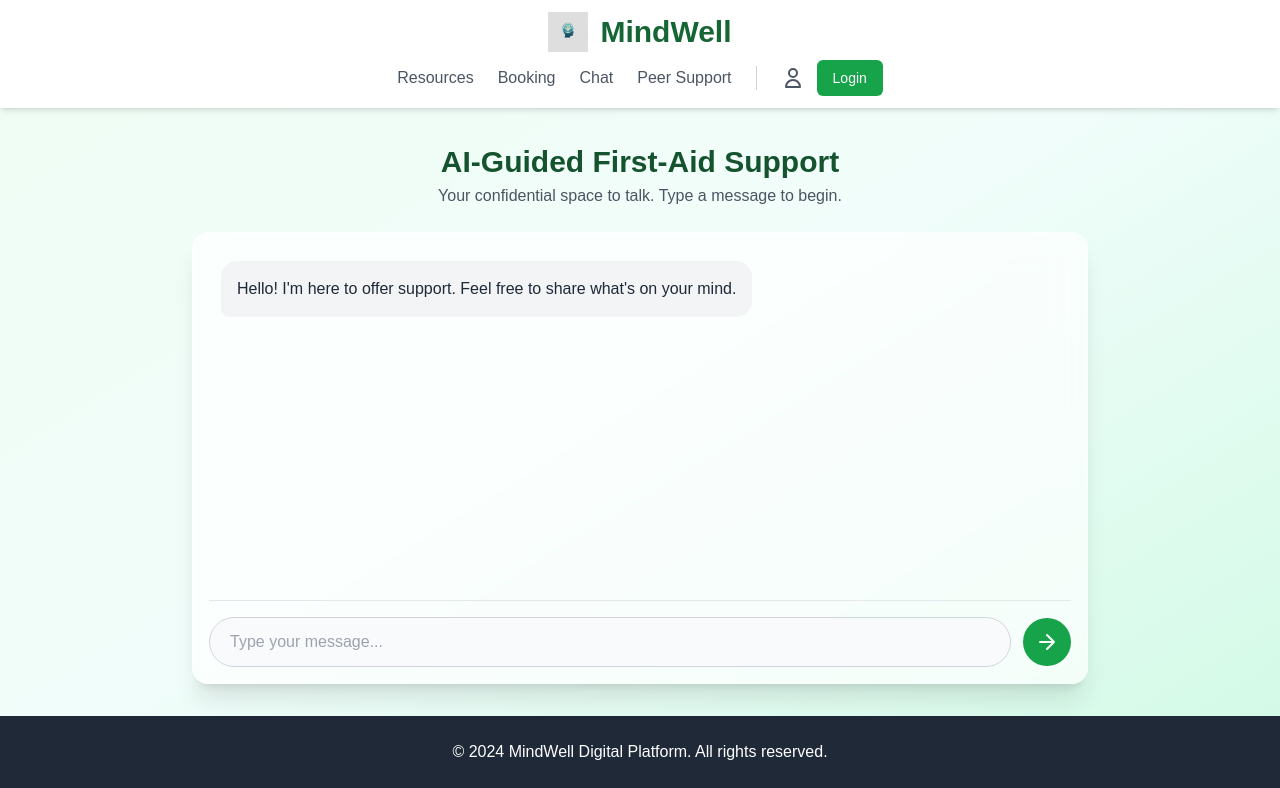
Repository: alokse24b01025/mentalhealth-project-sih-
Page: /chat (app in p1/)
An editor plug-in stored every save of this project. The page is shown before and after the next save, followed by the edit.
The browser window is 1280 px wide. The pictures show the whole page.
The project was rebuilt for these pictures with package versions that can differ from the ones it lists, and the page was loaded fresh each time. Also part of the build but not shown: p1/vite.config.js, p1/src/pages/HomePage.jsx, p1/src/components/ResourceCard.jsx, p1/src/data/mockResources.js, p1/src/pages/ResourcesPage.jsx, p1/src/components/CounselorCard.jsx, p1/src/data/mockCounselors.js, p1/src/pages/BookingPage.jsx and 4 more. Imported but missing from the stored project, and not drawn on this page: p1/src/components-Footer.

Above is the page before, as saved 2025-09-10 11:30:01.

### p1/index.html
<!doctype html>
<html lang="en">
  <head>
    <meta charset="UTF-8" />
    <link rel="icon" type="image/svg+xml" href="/logo.png" />
    <meta name="viewport" content="width=device-width, initial-scale=1.0" />
    <title>MINDwell</title>
  </head>
  <body>
    <div id="root"></div>
    <script type="module" src="/src/main.jsx"></script>
  </body>
</html>

### p1/src/App.jsx
import React from 'react';
import { BrowserRouter as Router, Routes, Route } from 'react-router-dom';
import { AuthProvider } from './AuthContext'; // Import the provider

// Import your pages
import HomePage from './pages/HomePage';
import ChatPage from './pages/ChatPage';
import ResourcesPage from './pages/ResourcesPage';
import BookingPage from './pages/BookingPage';
import PeerSupportPage from './pages/PeerSupportPage';
import AdminDashboard from './pages/AdminDashboard';
import LoginPage from './pages/LoginPage'; // Import the new login page
import './index.css';

function App() {
  return (
    <AuthProvider> {/* Wrap everything in AuthProvider */}
      <Router>
        <Routes>
          <Route path="/" element={<HomePage />} />
          <Route path="/chat" element={<ChatPage />} />
          <Route path="/resources" element={<ResourcesPage />} />
          <Route path="/booking" element={<BookingPage />} />
          <Route path="/peer-support" element={<PeerSupportPage />} />
         <Route path="/admin" element={<AdminDashboard />} />
          <Route path="/login" element={<LoginPage />} /> {/* Add the login route */}
        </Routes>
      </Router>
    </AuthProvider>
  );
}

export default App;

### p1/src/index.css
@tailwind base;
@tailwind components;
@tailwind utilities;

body {
  font-family: Arial, sans-serif;
  -webkit-font-smoothing: antialiased;
  -moz-osx-font-smoothing: grayscale;
}

### p1/src/AuthContext.jsx
import React, { useContext, useState, useEffect } from 'react';
import { auth } from './firebase';
import {
  onAuthStateChanged,
  signOut,
  signInWithEmailAndPassword
} from "firebase/auth";

const AuthContext = React.createContext();

// This is the function that was likely missing the 'export' keyword
export function useAuth() {
  return useContext(AuthContext);
}

export function AuthProvider({ children }) {
  const [currentUser, setCurrentUser] = useState(null);
  const [loading, setLoading] = useState(true);

  function login(email, password) {
    return signInWithEmailAndPassword(auth, email, password);
  }

  function logout() {
    return signOut(auth);
  }

  useEffect(() => {
    const unsubscribe = onAuthStateChanged(auth, user => {
      setCurrentUser(user);
      setLoading(false);
    });

    return unsubscribe;
  }, []);

  const value = {
    currentUser,
    login,
    logout
  };

  return (
    <AuthContext.Provider value={value}>
      {!loading && children}
    </AuthContext.Provider>
  );
}

### p1/src/pages/ChatPage.jsx
import React from 'react';
import Header from '../components/Header';
import Footer from '../components/Footer';
import Chatbot from '../components/Chatbot';

const ChatPage = () => {
  return (
    <div className="min-h-screen flex flex-col bg-gradient-to-br from-green-50 via-teal-50 to-emerald-100">
      <Header />

      {/* --- CHANGE IS HERE --- */}
      <main className="flex-1 w-full flex flex-col justify-center items-center p-4 pt-36">

        {/* We give the container a fixed height and stop it from flexing */}
        <div className="w-full max-w-4xl h-[75vh] flex flex-col mb-4">

          <div className="text-center mb-6">
            <h2 className="text-3xl font-bold text-green-900">AI-Guided First-Aid Support</h2>
            <p className="mt-1 text-gray-600">Your confidential space to talk. Type a message to begin.</p>
          </div>

          <Chatbot />

        </div>
      </main>

      <Footer />
    </div>
  );
};

export default ChatPage;

### p1/src/firebase.js
import { initializeApp } from "firebase/app";
import { getAuth } from "firebase/auth";

// IMPORTANT: Replace this with the firebaseConfig object you copied from the Firebase console
const firebaseConfig = {
  apiKey: "YOUR_API_KEY",
  authDomain: "YOUR_AUTH_DOMAIN",
  projectId: "YOUR_PROJECT_ID",
  storageBucket: "YOUR_STORAGE_BUCKET",
  messagingSenderId: "YOUR_MESSAGING_SENDER_ID",
  appId: "YOUR_APP_ID"
};

// Initialize Firebase
const app = initializeApp(firebaseConfig);

// Export the auth instance to be used in other parts of the app
export const auth = getAuth(app);

### p1/src/components/Header.jsx
import React, { useState } from 'react';
import { Link } from 'react-router-dom';
import logo from '../assets/logo.png';
import { useAuth } from '../AuthContext';

const Header = () => {
  const { currentUser, logout } = useAuth();
  const [isLoggingOut, setIsLoggingOut] = useState(false);

  const handleLogout = async () => {
    setIsLoggingOut(true);
    try {
      await logout();
    } catch (error) {
      console.error("Failed to log out:", error);
    } finally {
      setIsLoggingOut(false);
    }
  };

  const profileIcon = (
    <svg xmlns="http://www.w3.org/2000/svg" className="h-6 w-6" fill="none" viewBox="0 0 24 24" stroke="currentColor" strokeWidth={2}>
      <path strokeLinecap="round" strokeLinejoin="round" d="M16 7a4 4 0 11-8 0 4 4 0 018 0zM12 14a7 7 0 00-7 7h14a7 7 0 00-7-7z" />
    </svg>
  );

  return (
    <header className="bg-white shadow-md fixed top-0 w-full z-50 py-3 flex flex-col items-center">

      {/* Top Row: Centered Logo and Name */}
      <div className="mb-2">
        <Link to="/" className="flex items-center justify-center gap-x-3">
          <img src={logo} alt="MindWell Logo" className="h-10 w-auto" />
          <h1 className="text-3xl font-bold text-green-800 hidden md:block">MindWell</h1>
        </Link>
      </div>

      {/* Bottom Row: Navigation Links */}
      <nav className="flex items-center justify-center flex-wrap gap-x-6 gap-y-2 px-4">
        <Link to="/resources" className="text-gray-600 hover:text-green-600 transition-colors">Resources</Link>
        <Link to="/booking" className="text-gray-600 hover:text-green-600 transition-colors">Booking</Link>
        <Link to="/chat" className="text-gray-600 hover:text-green-600 transition-colors">Chat</Link>
        <Link to="/peer-support" className="text-gray-600 hover:text-green-600 transition-colors">Peer Support</Link>

        <div className="border-l border-gray-300 h-6"></div>

        {currentUser ? (
          <div className="flex items-center space-x-3">
            <span className="text-gray-600">{profileIcon}</span>
            <button
              onClick={handleLogout}
              disabled={isLoggingOut}
              className={`text-white px-4 py-2 text-sm rounded-md transition-colors ${
                isLoggingOut
                  ? 'bg-red-300 cursor-not-allowed'
                  : 'bg-red-500 hover:bg-red-600'
              }`}
            >
              {isLoggingOut ? '...' : 'Logout'}
            </button>
          </div>
        ) : (
          <div className="flex items-center space-x-3">
            <Link to="/login" className="text-gray-600 hover:text-green-600">
              {profileIcon}
            </Link>
            <Link
              to="/login"
              className="bg-green-600 text-white px-4 py-2 text-sm rounded-md hover:bg-green-700 transition-colors"
            >
              Login
            </Link>
          </div>
        )}
      </nav>
    </header>
  );
};

export default Header;

### p1/src/components/Footer.jsx
import React from 'react';

const Footer = () => {
  return (
    <footer className="bg-gray-800 text-white p-6 text-center">
      <p>&copy; 2024 MindWell Digital Platform. All rights reserved.</p>
    </footer>
  );
};
export default Footer;

### p1/src/components/Chatbot.jsx
import React, { useState, useRef, useEffect } from 'react';

const Chatbot = () => {
  const [messages, setMessages] = useState([
    { text: "Hello! I'm here to offer support. Feel free to share what's on your mind.", sender: 'bot' }
  ]);
  const [input, setInput] = useState('');
  const [isLoading, setIsLoading] = useState(false);
  const messagesEndRef = useRef(null);

  const scrollToBottom = () => {
    messagesEndRef.current?.scrollIntoView({ behavior: "smooth" });
  };

  useEffect(scrollToBottom, [messages]);

  const handleSend = async () => {
    if (input.trim() === '') return;

    const userMessage = { text: input, sender: 'user' };
    setMessages(prev => [...prev, userMessage]);
    const currentInput = input;
    setInput('');
    setIsLoading(true);

    try {
      const response = await fetch('http://localhost:5000/api/chat', {
        method: 'POST',
        headers: {
          'Content-Type': 'application/json',
        },
        body: JSON.stringify({ message: currentInput }),
      });

      if (!response.ok) {
        throw new Error(`HTTP error! status: ${response.status}`);
      }

      const data = await response.json();
      const botMessage = { text: data.reply, sender: 'bot' };
      setMessages(prev => [...prev, botMessage]);
    } catch (error) {
      console.error("Failed to fetch from AI:", error);
      setMessages(prev => [...prev, { text: "Sorry, I'm having trouble connecting right now. Please try again later.", sender: 'bot' }]);
    } finally {
      setIsLoading(false);
    }
  };

  return (
    // --- CHANGE IS HERE ---
    // This container now grows to fill the space from its parent
    <div className="flex-1 flex flex-col bg-white/70 backdrop-blur-lg border border-white/20 shadow-xl rounded-2xl p-4 min-h-0">

      {/* This message area is now the ONLY scrollable part */}
      <div className="flex-1 overflow-y-auto mb-4 p-3 space-y-4">
        {messages.map((msg, index) => (
          <div key={index} className={`flex items-end max-w-[85%] ${msg.sender === 'user' ? 'self-end ml-auto' : 'self-start'}`}>
            <div className={`p-4 rounded-2xl ${
              msg.sender === 'user'
              ? 'bg-green-600 text-white rounded-br-lg'
              : 'bg-gray-100 text-gray-800 rounded-bl-lg'
            }`}>
              <p className="break-words">{msg.text}</p>
            </div>
          </div>
        ))}
        {isLoading && (
          <div className="flex items-end self-start">
            <div className="p-4 rounded-2xl max-w-[80%] bg-gray-100 text-gray-800 rounded-bl-lg">
              <p className="animate-pulse">AI is thinking...</p>
            </div>
          </div>
        )}
        <div ref={messagesEndRef} />
      </div>

      <div className="flex items-center border-t border-gray-200 pt-4">
        <input
          type="text"
          value={input}
          onChange={(e) => setInput(e.target.value)}
          onKeyPress={(e) => e.key === 'Enter' && !isLoading && handleSend()}
          className="flex-1 rounded-full px-5 py-3 border border-gray-300 focus:outline-none focus:ring-2 focus:ring-green-500 bg-gray-50"
          placeholder="Type your message..."
          disabled={isLoading}
        />
        <button
          onClick={handleSend}
          disabled={isLoading}
          className={`rounded-full p-3 ml-3 transition-colors ${
            isLoading
            ? 'bg-gray-300 cursor-not-allowed'
            : 'bg-green-600 text-white hover:bg-green-700'
          }`}
          aria-label="Send message"
        >
          <svg xmlns="http://www.w3.org/2000/svg" className="h-6 w-6" fill="none" viewBox="0 0 24 24" stroke="currentColor">
            <path strokeLinecap="round" strokeLinejoin="round" strokeWidth={2} d="M5 12h14M12 5l7 7-7 7" />
          </svg>
        </button>
      </div>
    </div>
  );
};

export default Chatbot;

Loaded but not shown: p1/src/main.jsx (common file); p1/tailwind.config.js (common file)

After the next save:
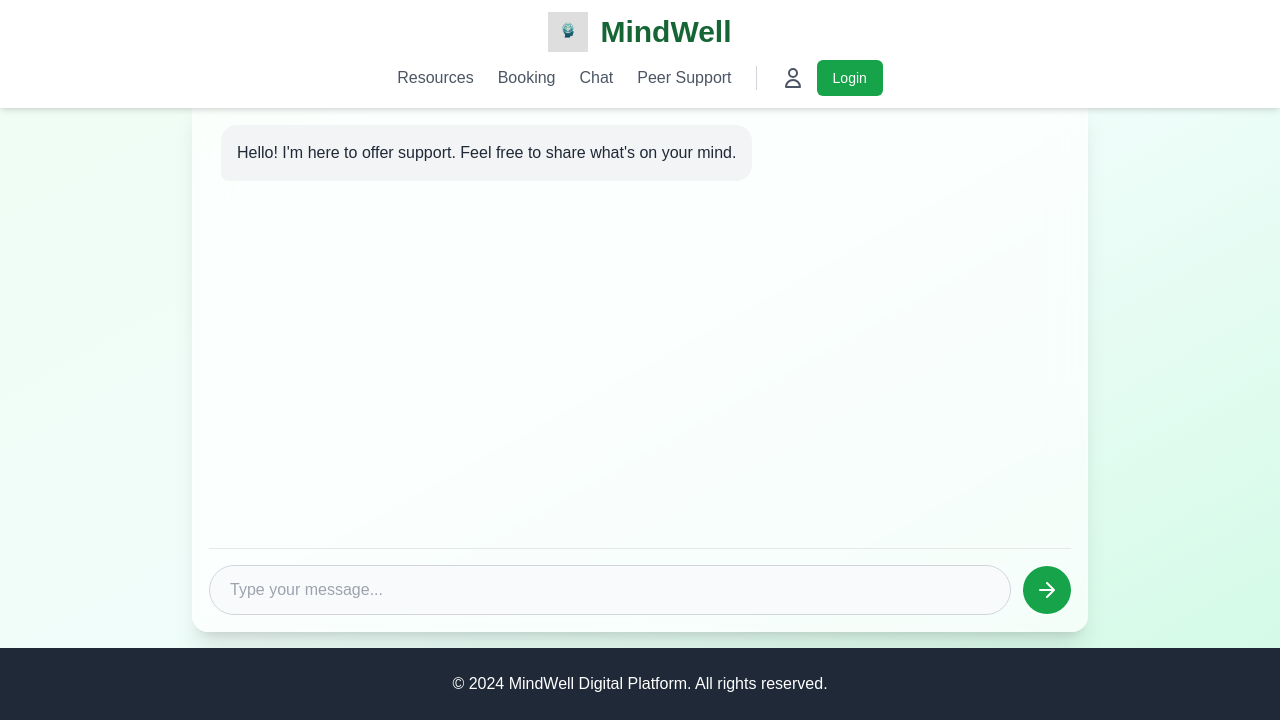
Saved 2 min 33 s later.
--- a/p1/src/pages/ChatPage.jsx
+++ b/p1/src/pages/ChatPage.jsx
@@ -5,20 +5,23 @@ import Chatbot from '../components/Chatbot';
 
 const ChatPage = () => {
   return (
-    <div className="min-h-screen flex flex-col bg-gradient-to-br from-green-50 via-teal-50 to-emerald-100">
+    // Make the entire screen a single flex column
+    <div className="h-screen flex flex-col bg-gradient-to-br from-green-50 via-teal-50 to-emerald-100">
       <Header />
 
-      {/* --- CHANGE IS HERE --- */}
-      <main className="flex-1 w-full flex flex-col justify-center items-center p-4 pt-36">
+      {/* This main section will now take up the remaining space and center its content */}
+      <main className="flex-1 w-full flex flex-col justify-center items-center p-4 overflow-hidden">
 
-        {/* We give the container a fixed height and stop it from flexing */}
-        <div className="w-full max-w-4xl h-[75vh] flex flex-col mb-4">
+        {/* The container for all chat-related UI */}
+        <div className="w-full max-w-4xl flex-1 flex flex-col min-h-0">
 
-          <div className="text-center mb-6">
+          {/* Title Section (will always be visible) */}
+          <div className="text-center mb-4">
             <h2 className="text-3xl font-bold text-green-900">AI-Guided First-Aid Support</h2>
             <p className="mt-1 text-gray-600">Your confidential space to talk. Type a message to begin.</p>
           </div>
 
+          {/* Chatbot component (will now fill the remaining space correctly) */}
           <Chatbot />
 
         </div>
